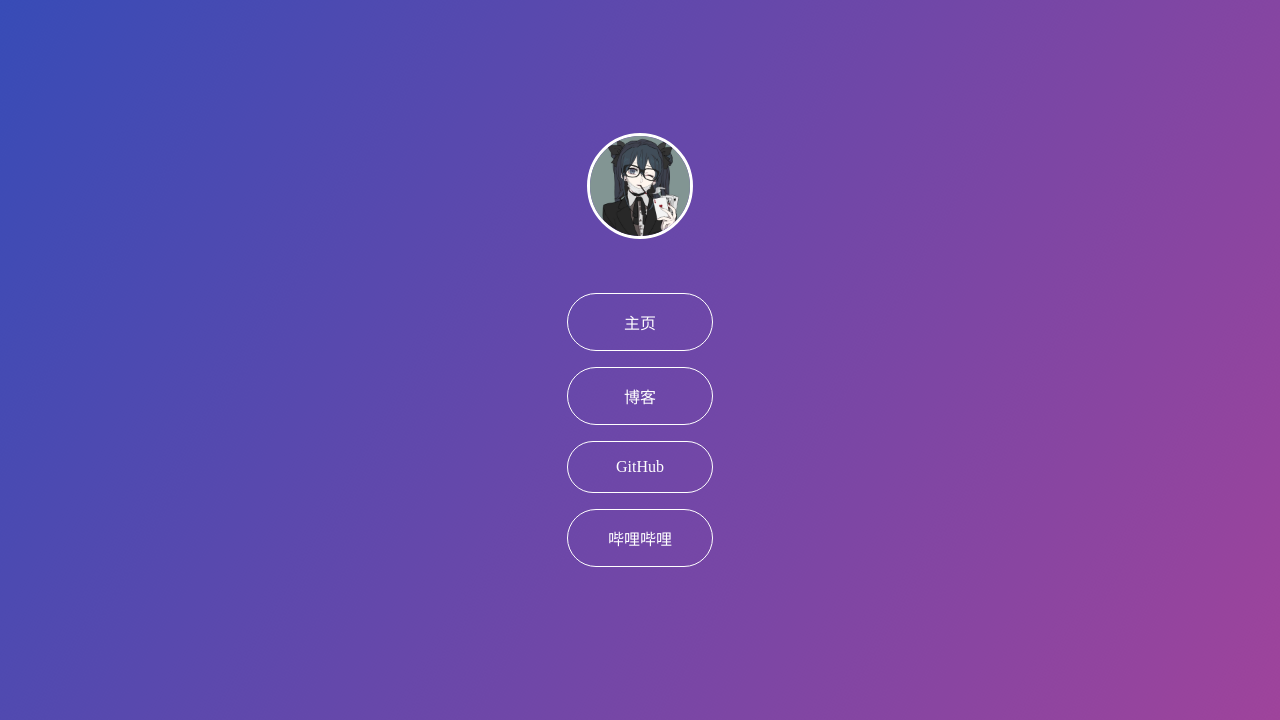
Repository: MarginLon/marginlon.github.io
Page: index.html
The author's editor kept a copy of each file at every save. The page is drawn from the files as they stood at one save, then again after the next save.
The browser window is 1280 px wide. The pictures show the whole page.

Above is the page before, as saved 2022-09-24 09:50:25.

### index.html
<!----

# Navigation
# By: Dreamer-Paul
# Last Update: 2022.3.11

一个简单的个人首页，让你的朋友方便快捷的，找到你在各站点的社交链接

本代码为奇趣保罗原创，并遵守 MIT 开源协议。欢迎访问我的博客：https://paugram.com



 * Navigation changed from https://paugram.com
 * @author: MarginLon
 * @since: 2022-09-24
 * index.html

---->

<!DOCTYPE html>
<html>

<head>
    <meta charset="UTF-8">
    <title>奇趣保罗</title>
    <link href="static/32.png" rel="icon" sizes="32x32" />
    <link href="static/192.png" rel="icon" sizes="192x192" />
    <meta name="viewport" content="width=device-width, maximum-scale=1, initial-scale=1" />
    <style>
        html,
        body,
        main {
            height: 100%;
        }

        body {
            margin: 0;
            user-select: none;
            font: lighter 16px "微软雅黑";
        }

        body:before {
            content: '';
            z-index: -1;
            width: 3000px;
            height: 3000px;
            display: block;
            position: fixed;
            top: calc(50% - 1500px);
            left: calc(50% - 1500px);
            animation: bg-rotate 15s infinite linear;
            /* background: linear-gradient(45deg, #20b57d 40%, #258ec5 60%); */
            /* background: linear-gradient(45deg, #30cfd0 0%, #330867 100%); */
            /* background-image: linear-gradient(-20deg, #b721ff 0%, #21d4fd 100%); */
            background-image: linear-gradient(to top, #1e3c72 0%, #1e3c72 1%, #2a5298 100%);
            background-image: linear-gradient(-225deg, #2CD8D5 0%, #6B8DD6 48%, #8E37D7 100%);
            background-image: linear-gradient(to top, #0250c5 0%, #d43f8d 100%);
            /* background-image: linear-gradient(-20deg, #2b5876 0%, #4e4376 100%); */

        }

        @keyframes bg-rotate {
            0% {
                transform: rotate(0)
            }

            100% {
                transform: rotate(360deg)
            }
        }

        a {
            text-decoration: none;
        }

        main {
            display: table;
            margin: 0 auto;
        }

        .content {
            padding-top: 50px;
            padding-bottom: 70px;
            text-align: center;
            display: table-cell;
            vertical-align: middle;
        }

        .logo {
            margin-bottom: 50px;
        }

        .logo img {
            height: auto;
            max-width: 100px;
            border-radius: 100%;
            border: 3px solid #fff;
            transition: transform 0.3s;
        }

        .logo img:hover {
            transform: scale(1.1, 1.1) rotate(1turn);
        }

        .links {
            max-width: 300px;
        }

        .links a {
            color: #fff;
            display: block;
            min-width: 80px;
            padding: 1em 2em;
            text-align: center;
            margin-bottom: 1em;
            border-radius: 100px;
            border: #fff 1px solid;
            transition: background 0.3s, color 0.3s, opacity 0.3s, transform 0.3s;
        }

        .links a:hover {
            color: #258ec5;
            background: #fff;
            transform: scale(1.1, 1.1);
        }

        .links a:active {
            opacity: 0.7;
            transform: scale(0.9, 0.9);
        }

        .links a:last-child {
            margin-bottom: 0;
        }

        footer {
            left: 0;
            right: 0;
            bottom: 0;
            color: #fff;
            position: fixed;
            text-align: center;
        }

        footer a {
            color: inherit;
        }
    </style>
</head>

<body>
    <main class="container">
        <div class="content">
            <div class="logo">
                <img src="static/avatar.jpg" alt="MarginLon" />
            </div>
            <div class="links">
                <a href="https://www.marginlon.zone">主页</a>
                <a href="https://www.marginlon.zone/blog/">博客</a>
                <!-- <a href="http://weibo.com/234891753/" target="_blank">微博</a> -->
                <!-- <a href="http://music.163.com/#/user/home?id=7041859" target="_blank">网易云</a> -->
                <!-- <a href="http://steamcommunity.com/id/dreamer-paul/" target="_blank">Steam</a> -->
                <a href="https://github.com/MarginLon/" target="_blank">GitHub</a>
                <a href="https://space.bilibili.com/2008016" target="_blank">哔哩哔哩</a>
            </div>
        </div>
    </main>
    <!-- <footer>
        <p>©
            <script>document.write(new Date().getFullYear())</script> By <a href="https://paugram.com"
               target="_blank">Dreamer-Paul</a>.
        </p>
    </footer> -->
</body>

</html>

After the next save:
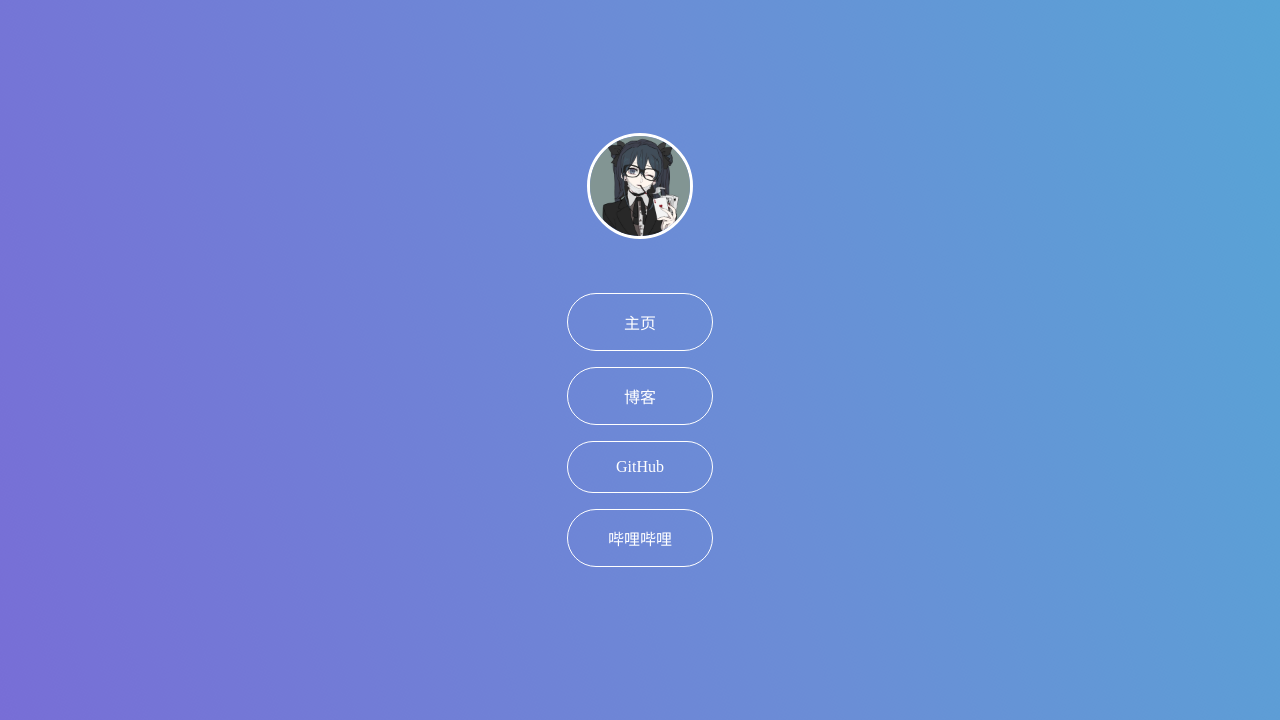
Saved 6 s later.
--- a/index.html
+++ b/index.html
@@ -54,7 +54,7 @@
             /* background-image: linear-gradient(-20deg, #b721ff 0%, #21d4fd 100%); */
             background-image: linear-gradient(to top, #1e3c72 0%, #1e3c72 1%, #2a5298 100%);
             background-image: linear-gradient(-225deg, #2CD8D5 0%, #6B8DD6 48%, #8E37D7 100%);
-            background-image: linear-gradient(to top, #0250c5 0%, #d43f8d 100%);
+            /* background-image: linear-gradient(to top, #0250c5 0%, #d43f8d 100%); */
             /* background-image: linear-gradient(-20deg, #2b5876 0%, #4e4376 100%); */
 
         }
